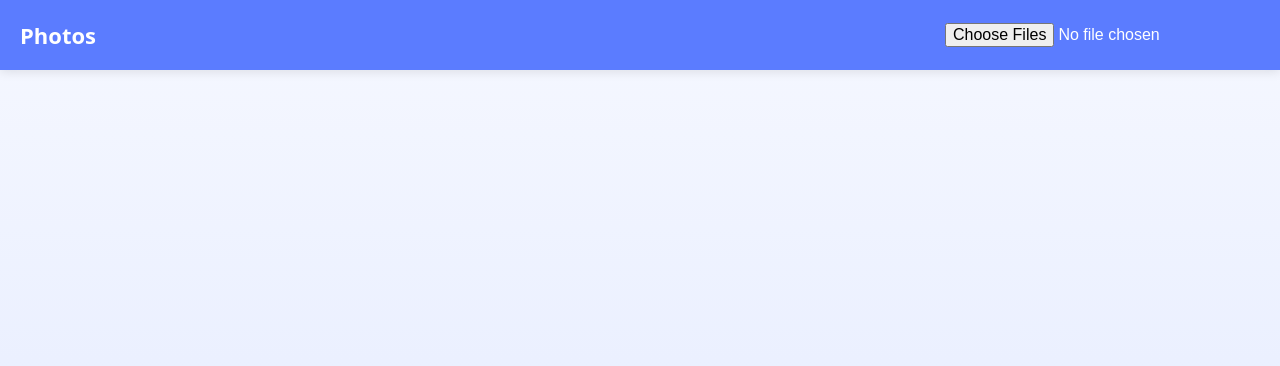
Repository: nlagardere/OpenHand
Page: apps/photos/photos.html
The author's editor kept a copy of each file at every save. The page is drawn from the files as they stood at one save, then again after the next save.
The browser window is 1280 px wide. The pictures show the whole page.

Above is the page before, as saved 2026-01-30 21:25:18.

### apps/photos/photos.html
<!DOCTYPE html>
<html lang="fr">
<head>
<meta charset="UTF-8">
<title>Photos - OpenHand</title>
<style>
body {
  margin:0;
  font-family:system-ui, sans-serif;
  height:100vh;
  display:flex;
  flex-direction:column;
  background:linear-gradient(180deg,#f6f8ff,#e0e8ff);
}

header {
  height:70px;
  display:flex;
  align-items:center;
  justify-content:space-between;
  padding:0 20px;
  background:#5b7cff;
  color:white;
  font-size:22px;
  font-weight:600;
  box-shadow:0 2px 10px rgba(0,0,0,.1);
}

#photoInput {
  padding:8px 12px;
  font-size:16px;
  border-radius:12px;
  border:none;
  cursor:pointer;
}

#gallery {
  flex:1;
  padding:16px;
  display:grid;
  grid-template-columns:repeat(auto-fill,minmax(120px,1fr));
  gap:12px;
  overflow-y:auto;
}

#gallery img {
  width:100%;
  border-radius:14px;
  cursor:pointer;
  transition: transform 0.25s ease;
}

#gallery img:active {
  transform:scale(0.95);
}

/* Modal pour zoom */
#modal {
  position:fixed;
  inset:0;
  background:rgba(0,0,0,.85);
  display:none;
  justify-content:center;
  align-items:center;
  z-index:999;
}

#modal img {
  max-width:90%;
  max-height:90%;
  border-radius:20px;
  touch-action: pan-y pinch-zoom;
}
</style>
</head>
<body>

<header>
  Photos
  <input type="file" id="photoInput" accept="image/*" multiple>
</header>

<div id="gallery"></div>

<div id="modal">
  <img id="modalImg" src="">
</div>

<script>
const input = document.getElementById('photoInput');
const gallery = document.getElementById('gallery');
const modal = document.getElementById('modal');
const modalImg = document.getElementById('modalImg');

// Affichage images sélectionnées
input.addEventListener('change', ()=>{
  gallery.innerHTML = "";
  for (const file of input.files){
    const img = document.createElement('img');
    img.src = URL.createObjectURL(file);
    gallery.appendChild(img);

    img.addEventListener('click', ()=>{
      modalImg.src = img.src;
      modal.style.display = 'flex';
    });
  }
});

// Fermer modal au clic
modal.addEventListener('click', ()=>{
  modal.style.display = 'none';
});

// Gestes tactiles simples : pinch-zoom sur mobile
let initialDistance = 0;
modalImg.addEventListener('touchmove', (e)=>{
  if (e.touches.length === 2){
    e.preventDefault();
    const dx = e.touches[0].clientX - e.touches[1].clientX;
    const dy = e.touches[0].clientY - e.touches[1].clientY;
    const distance = Math.hypot(dx, dy);

    if (initialDistance === 0){
      initialDistance = distance;
    } else {
      const scale = distance / initialDistance;
      modalImg.style.transform = `scale(${scale})`;
    }
  }
});

modalImg.addEventListener('touchend', ()=>{
  initialDistance = 0;
  modalImg.style.transform = 'scale(1)';
});
</script>

</body>
</html>

After the next save:
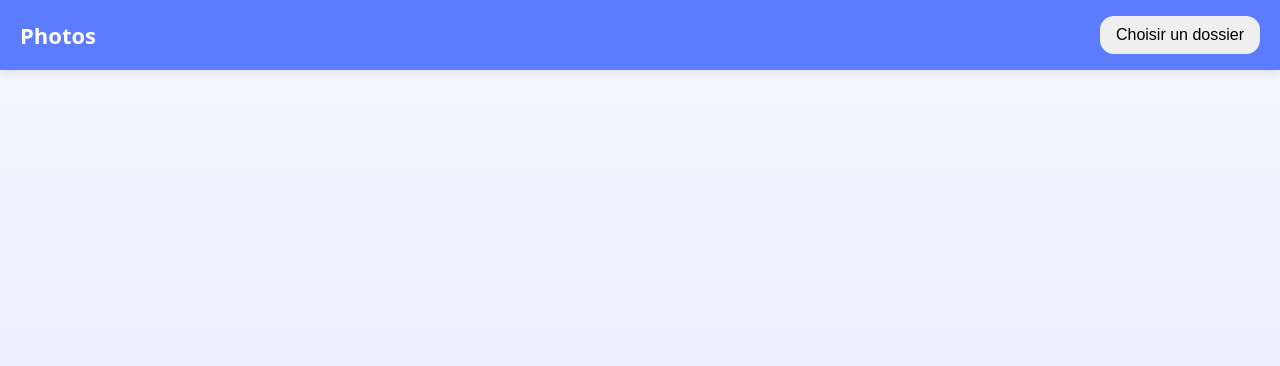
Saved 2 min 52 s later.
--- a/apps/photos/photos.html
+++ b/apps/photos/photos.html
@@ -6,11 +6,11 @@
 <style>
 body {
   margin:0;
-  font-family:system-ui, sans-serif;
   height:100vh;
   display:flex;
   flex-direction:column;
-  background:linear-gradient(180deg,#f6f8ff,#e0e8ff);
+  font-family: system-ui, sans-serif;
+  background: linear-gradient(180deg,#f6f8ff,#e0e8ff);
 }
 
 header {
@@ -26,10 +26,10 @@ header {
   box-shadow:0 2px 10px rgba(0,0,0,.1);
 }
 
-#photoInput {
-  padding:8px 12px;
+#selectFolder {
+  padding:10px 16px;
   font-size:16px;
-  border-radius:12px;
+  border-radius:14px;
   border:none;
   cursor:pointer;
 }
@@ -77,7 +77,7 @@ header {
 
 <header>
   Photos
-  <input type="file" id="photoInput" accept="image/*" multiple>
+  <button id="selectFolder">Choisir un dossier</button>
 </header>
 
 <div id="gallery"></div>
@@ -87,41 +87,55 @@ header {
 </div>
 
 <script>
-const input = document.getElementById('photoInput');
 const gallery = document.getElementById('gallery');
+const selectBtn = document.getElementById('selectFolder');
 const modal = document.getElementById('modal');
 const modalImg = document.getElementById('modalImg');
 
-// Affichage images sélectionnées
-input.addEventListener('change', ()=>{
-  gallery.innerHTML = "";
-  for (const file of input.files){
-    const img = document.createElement('img');
-    img.src = URL.createObjectURL(file);
-    gallery.appendChild(img);
+let selectedFiles = [];
 
-    img.addEventListener('click', ()=>{
-      modalImg.src = img.src;
-      modal.style.display = 'flex';
-    });
+// Sélection d’un dossier complet
+selectBtn.addEventListener('click', async () => {
+  gallery.innerHTML = '';
+  try {
+    const dirHandle = await window.showDirectoryPicker();
+
+    for await (const entry of dirHandle.values()) {
+      if (entry.kind === 'file' && entry.name.match(/\.(jpe?g|png|gif|webp)$/i)) {
+        const file = await entry.getFile();
+        selectedFiles.push(file);
+
+        const img = document.createElement('img');
+        img.src = URL.createObjectURL(file);
+        gallery.appendChild(img);
+
+        // Zoom en modal
+        img.addEventListener('click', () => {
+          modalImg.src = img.src;
+          modal.style.display = 'flex';
+        });
+      }
+    }
+  } catch(err) {
+    console.error(err);
   }
 });
 
-// Fermer modal au clic
-modal.addEventListener('click', ()=>{
+// Fermer modal
+modal.addEventListener('click', () => {
   modal.style.display = 'none';
 });
 
 // Gestes tactiles simples : pinch-zoom sur mobile
 let initialDistance = 0;
-modalImg.addEventListener('touchmove', (e)=>{
-  if (e.touches.length === 2){
+modalImg.addEventListener('touchmove', (e) => {
+  if (e.touches.length === 2) {
     e.preventDefault();
     const dx = e.touches[0].clientX - e.touches[1].clientX;
     const dy = e.touches[0].clientY - e.touches[1].clientY;
     const distance = Math.hypot(dx, dy);
 
-    if (initialDistance === 0){
+    if (initialDistance === 0) {
       initialDistance = distance;
     } else {
       const scale = distance / initialDistance;
@@ -130,7 +144,7 @@ modalImg.addEventListener('touchmove', (e)=>{
   }
 });
 
-modalImg.addEventListener('touchend', ()=>{
+modalImg.addEventListener('touchend', () => {
   initialDistance = 0;
   modalImg.style.transform = 'scale(1)';
 });
